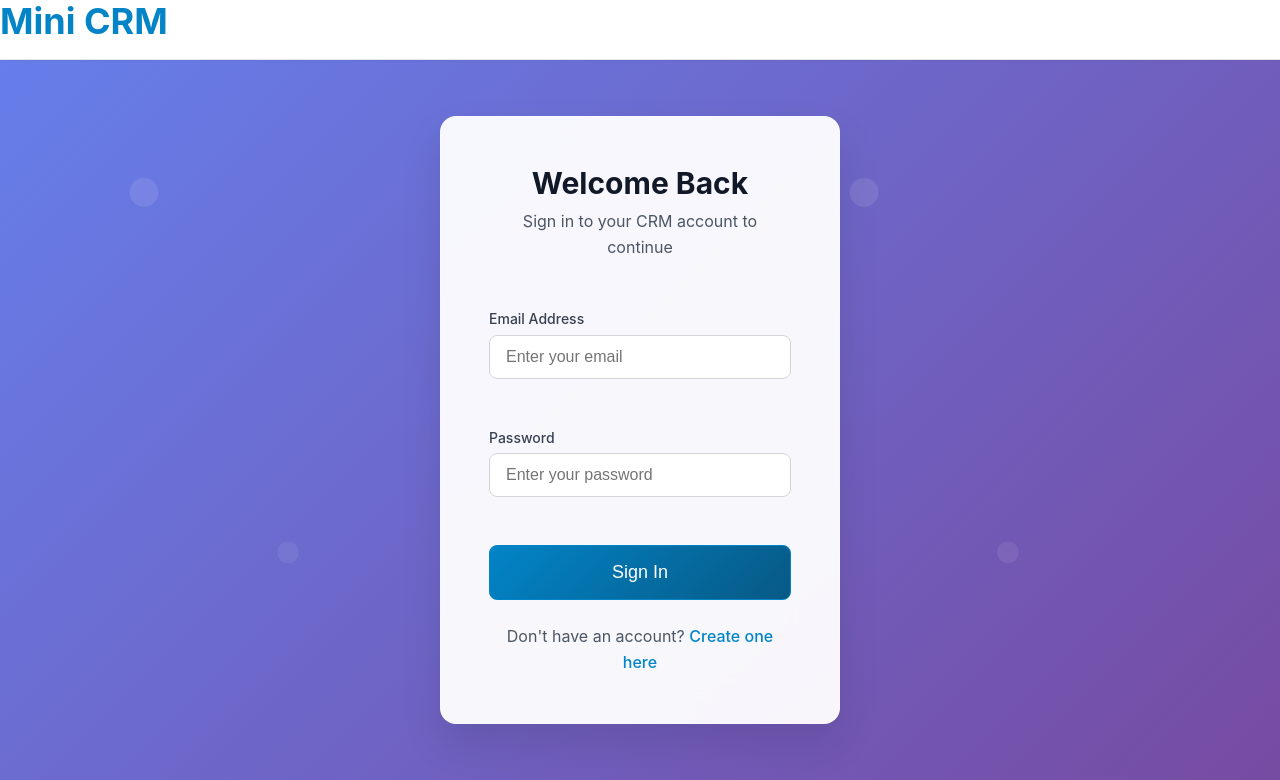
Repository: KarthikMallareddy/Mini-CRM
Page: /reports (app in frontend/)
These files come from the project's save history. The page is drawn as it stood at one moment and after the next save; the edit follows.
The browser window is 1280 px wide. The pictures show the whole page.
The project was rebuilt for these pictures with package versions that can differ from the ones it lists, and the page was loaded fresh each time. Also part of the build but not shown: frontend/src/components/CustomerList.js, frontend/src/components/LeadList.js, frontend/src/components/CustomerDetail.js, frontend/src/components/LeadForm.js, frontend/src/pages/Register.js, frontend/src/pages/Dashboard.js, frontend/src/pages/Reports.js.

Above is the page before, as saved 2025-09-14 14:12:11.

After the next save:
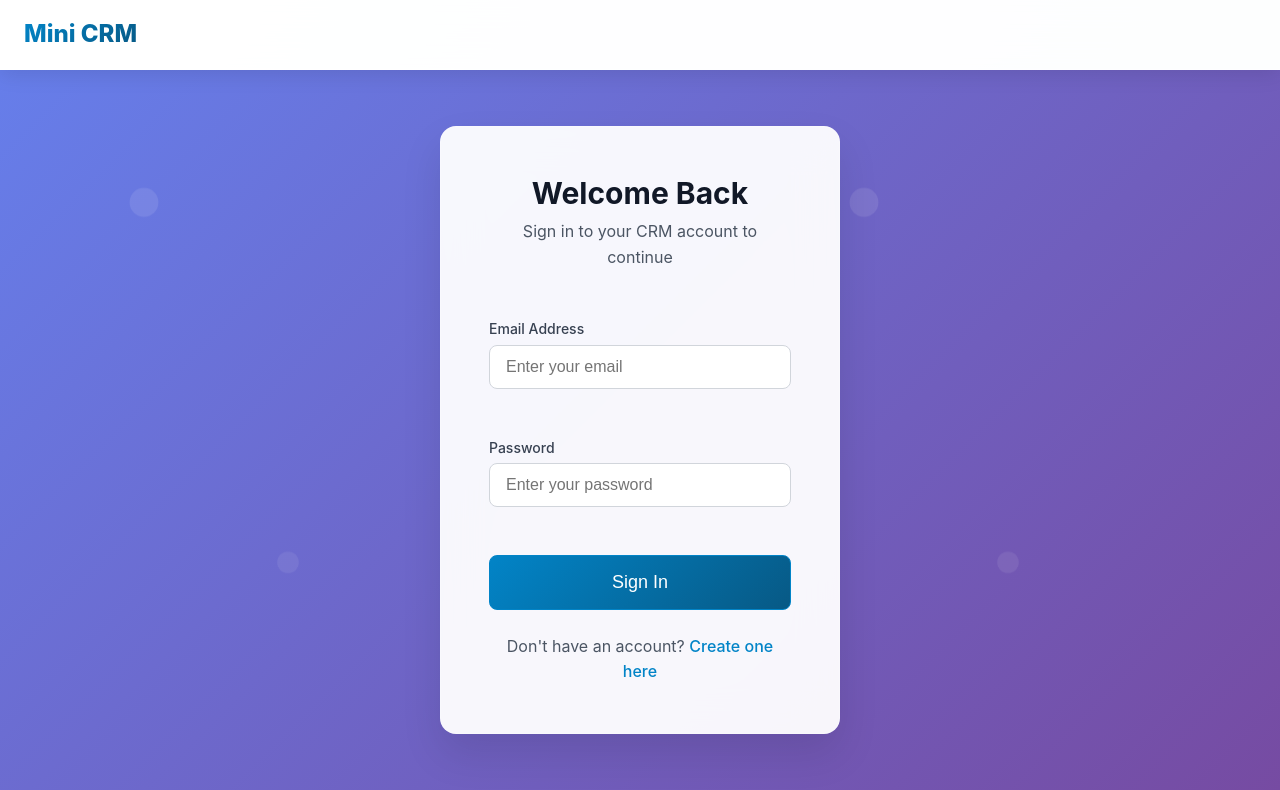
Saved 27 s later.
--- a/frontend/src/styles/components.css
+++ b/frontend/src/styles/components.css
@@ -413,50 +413,68 @@
 
 /* Navigation Styles */
 .navbar {
-  background: white;
-  border-bottom: 1px solid var(--gray-200);
-  box-shadow: var(--shadow-sm);
+  background: rgba(255, 255, 255, 0.95);
+  backdrop-filter: blur(20px);
+  border-bottom: 1px solid rgba(255, 255, 255, 0.2);
+  box-shadow: 0 4px 20px rgba(0, 0, 0, 0.1);
   position: sticky;
   top: 0;
   z-index: 100;
-}
-
-.navbar-content {
-  max-width: 1200px;
-  margin: 0 auto;
-  padding: 0 var(--spacing-lg);
+  padding: var(--spacing-sm) var(--spacing-lg);
   display: flex;
   justify-content: space-between;
   align-items: center;
-  height: 64px;
-}
-
-.navbar-brand {
-  font-size: var(--font-size-xl);
-  font-weight: 700;
-  color: var(--primary-600);
-  text-decoration: none;
+  height: 70px;
+}
+
+.navbar-brand h1 {
+  font-size: var(--font-size-2xl);
+  font-weight: 800;
+  background: var(--gradient-primary);
+  background-clip: text;
+  -webkit-background-clip: text;
+  -webkit-text-fill-color: transparent;
+  margin: 0;
 }
 
 .navbar-nav {
   display: flex;
-  gap: var(--spacing-lg);
-  align-items: center;
-}
-
-.navbar-link {
+  gap: var(--spacing-md);
+  align-items: center;
+}
+
+.nav-link {
   color: var(--gray-600);
   text-decoration: none;
   font-weight: 500;
-  transition: color 0.2s ease;
-}
-
-.navbar-link:hover {
+  padding: var(--spacing-sm) var(--spacing-md);
+  border-radius: var(--border-radius-md);
+  transition: all 0.2s ease;
+  position: relative;
+}
+
+.nav-link:hover {
   color: var(--primary-600);
-}
-
-.navbar-link.active {
+  background: rgba(14, 165, 233, 0.1);
+  transform: translateY(-1px);
+}
+
+.nav-link-active {
   color: var(--primary-600);
+  background: rgba(14, 165, 233, 0.15);
+  font-weight: 600;
+}
+
+.nav-link-active::after {
+  content: '';
+  position: absolute;
+  bottom: -8px;
+  left: 50%;
+  transform: translateX(-50%);
+  width: 6px;
+  height: 6px;
+  background: var(--primary-600);
+  border-radius: 50%;
 }
 
 /* Customer Detail Page */
